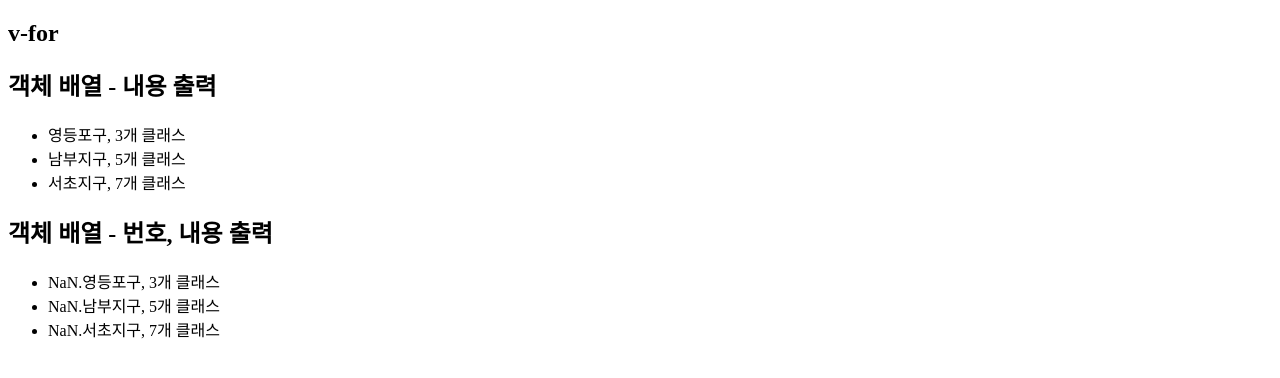
Repository: KangHoi/encore_vueWorkspace
Page: vue02_Methods/WebContent/vue10_vfor.html
An editor plug-in stored every save of this project. The page is shown before and after the next save, followed by the edit.
The browser window is 1280 px wide. The pictures show the whole page.
Some web libraries are served in a nearby version.

Above is the page before, as saved 2021-07-09 05:33:09.

### vue02_Methods/WebContent/vue10_vfor.html
<!DOCTYPE html>
<html>
<head>
<meta charset="UTF-8">
<title>Insert title here</title>

<script src="https://cdn.jsdelivr.net/npm/vue/dist/vue.js"></script>
<script src="https://code.jquery.com/jquery-3.2.1.min.js"></script>

</head>
<body>
<h2>v-for</h2>
<div id="app">
	<h2>객체 배열 - 내용 출력</h2>
	<ul>
		<li v-for="encore in encores">
			{{encore.name}}, {{encore.count}}개 클래스
		</li>
	</ul>

	<h2>객체 배열 - 번호, 내용 출력</h2>
	<ul>
		<li v-for="encore in encores">
			{{index+1}}.{{encore.name}}, {{encore.count}}개 클래스
		</li>
	</ul>
</div>

<script>
	new Vue({
		el:'#app',
		data:{
			encores:[
				{name: '영등포구', count:3},
				{name: '남부지구', count:5},
				{name: '서초지구', count:7}
			]
		}
	});
</script>

</body>
</html>

After the next save:
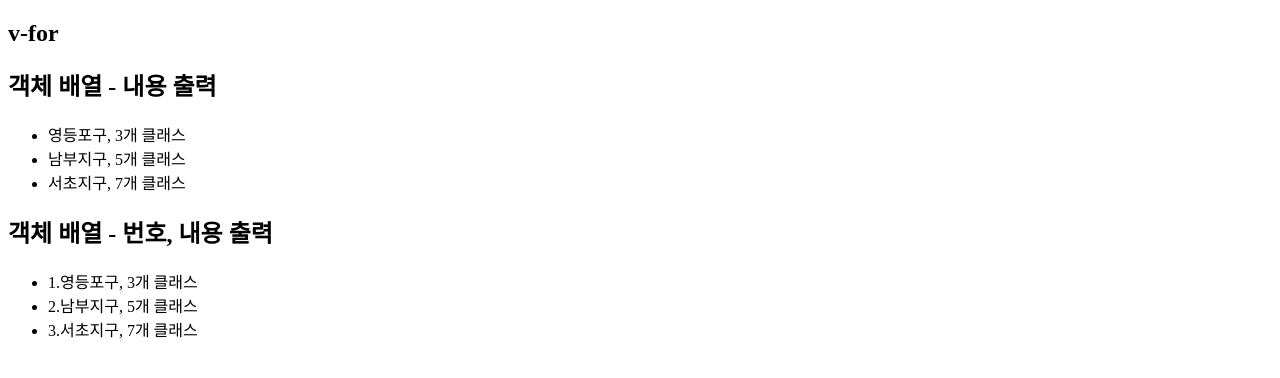
Saved 7 s later.
--- a/vue02_Methods/WebContent/vue10_vfor.html
+++ b/vue02_Methods/WebContent/vue10_vfor.html
@@ -20,7 +20,7 @@
 
 	<h2>객체 배열 - 번호, 내용 출력</h2>
 	<ul>
-		<li v-for="encore in encores">
+		<li v-for="(encore,index) in encores">
 			{{index+1}}.{{encore.name}}, {{encore.count}}개 클래스
 		</li>
 	</ul>
